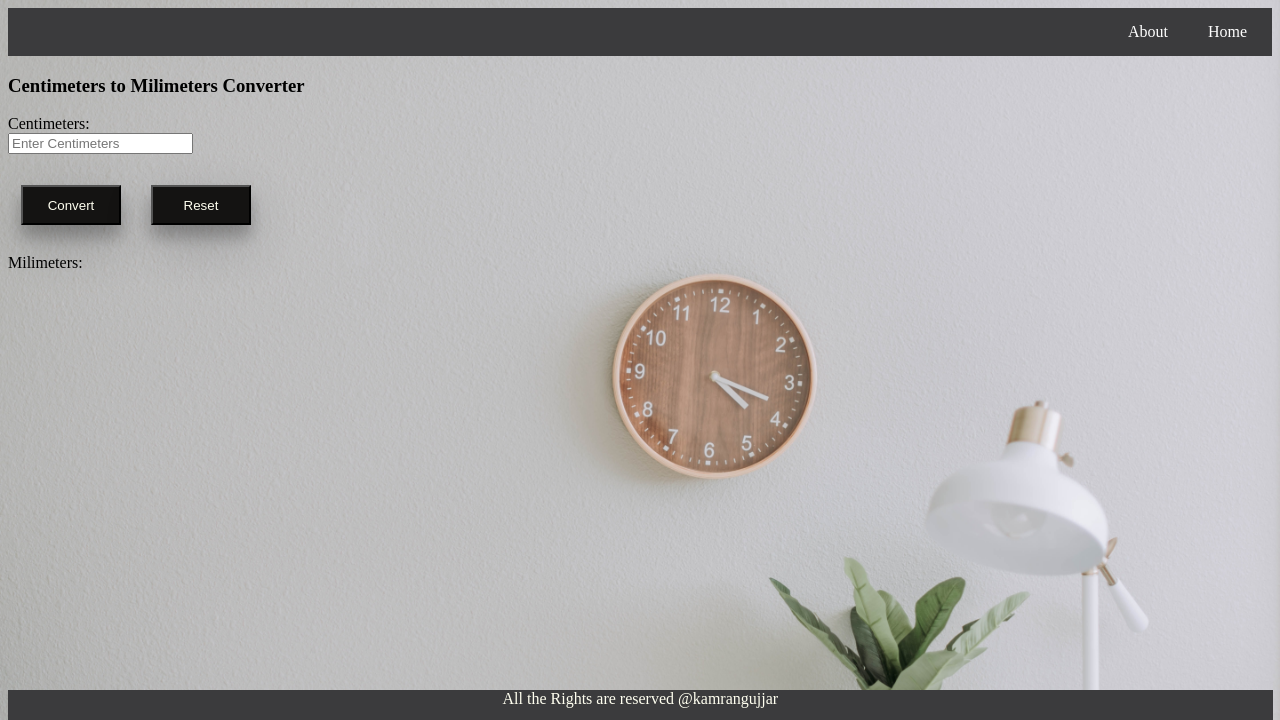
Repository: Kamrangujjar85112/Length-Converter
Page: html/cm_mm.html
An editor plug-in stored every save of this project. The page is shown before and after the next save, followed by the edit.
The browser window is 1280 px wide. The pictures show the whole page.

Above is the page before, as saved 2022-01-21 22:48:32.

After the next save:
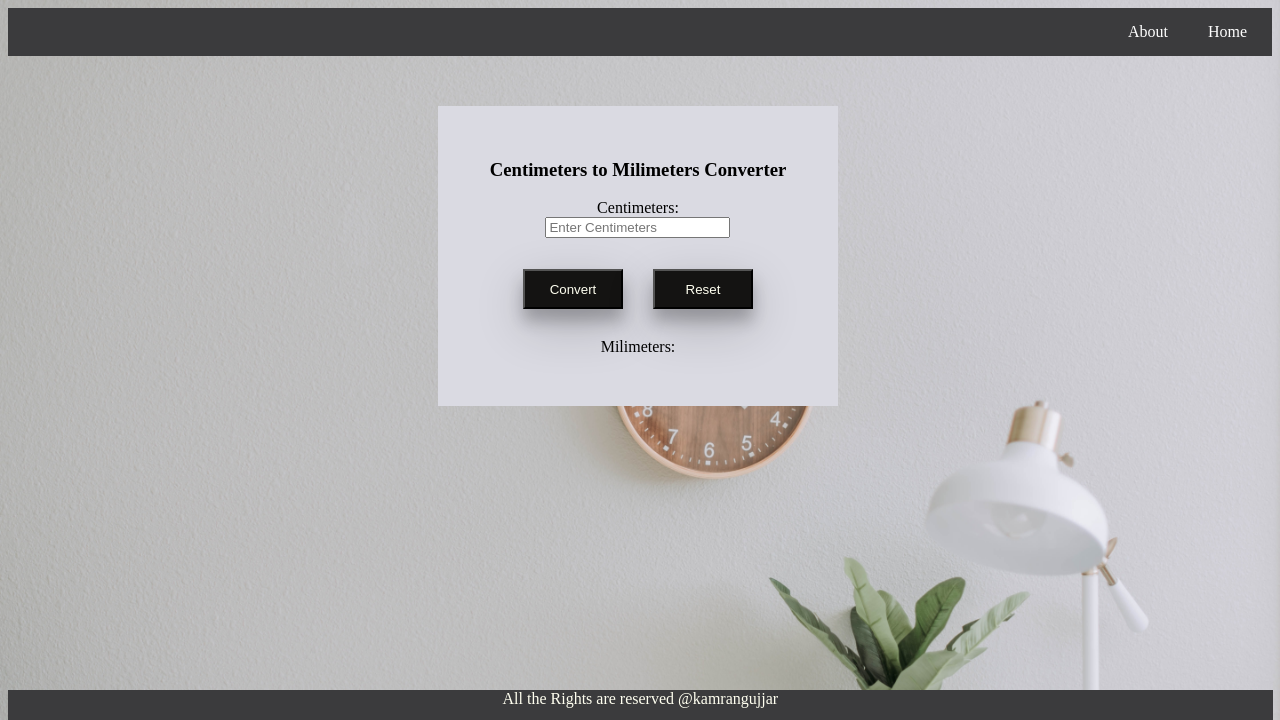
Saved 76 s later.
--- a/html/cm_mm.html
+++ b/html/cm_mm.html
@@ -18,8 +18,9 @@
                 </ul>
             </nav>
         </div>
-    <div class="box">
-            <h3>Centimeters to Milimeters Converter</h3>
+        <div class="flex-container">
+            <div>
+                <h3>Centimeters to Milimeters Converter</h3>
 
             <label>Centimeters:</label><br>
             <input type="number" id="centimetersToMilimeters" placeholder="Enter Centimeters" value=""><br><br>
@@ -27,6 +28,7 @@
             <input type="reset" value="Reset" id="reset"><br>
             <p>Milimeters: <span id="cmToMm"></span></p>
 
+            </div>
     </div>
             <footer class="footer">
                 <span>All the Rights are reserved @kamrangujjar</span>
